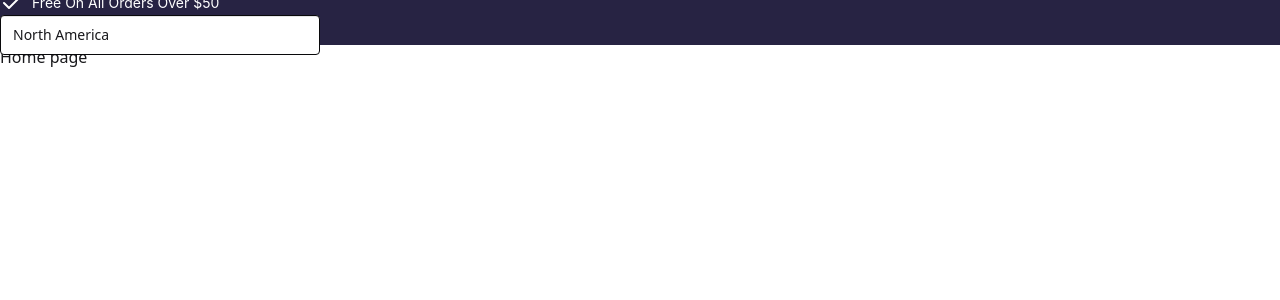
Repository: Neda0o0/store-template-website
Page: /
These files come from the project's save history. The page is drawn as it stood at one moment and after the next save; the edit follows.
The browser window is 1280 px wide. The pictures show the whole page.
The project was rebuilt for these pictures with package versions that can differ from the ones it lists, and the page was loaded fresh each time. Also part of the build but not shown: vite.config.js, src/Pages/Auth/Auth.jsx, src/Pages/Auth/Login/Login.jsx, src/Pages/Auth/Register/Register.jsx, src/Pages/Error/Error.jsx, src/AuthCheck/AuthCheck.jsx.

Above is the page before, as saved 2025-10-20 17:06:39.

### index.html
<!doctype html>
<html lang="en">
  <head>
    <meta charset="UTF-8" />
    <link rel="icon" type="image/svg+xml" href="/vite.svg" />
    <meta name="viewport" content="width=device-width, initial-scale=1.0" />
    <title>new-project</title>
  </head>
  <body>
    <div id="root"></div>
    <script type="module" src="/src/main.jsx"></script>
  </body>
</html>

### src/main.jsx
import { StrictMode } from "react";
import { createRoot } from "react-dom/client";
import MainLayout from "./MainLayout/MainLayout";
import "./index.css";

createRoot(document.getElementById("root")).render(
  <StrictMode>
    <MainLayout />
  </StrictMode>
);

### src/MainLayout/MainLayout.jsx
import { BrowserRouter, Route, Routes } from "react-router";
import Navbar from "../components/Navbar/Navbar";
import Home from "../Pages/Home/Home";
import Auth from "../Pages/Auth/Auth";
import Login from "../Pages/Auth/Login/Login";
import Register from "../Pages/Auth/Register/Register";
import Error from "../Pages/Error/Error";
import AuthCheck from "../AuthCheck/AuthCheck";

const MainLayout = () => {
  return (
    <BrowserRouter>
      {/* Navbar */}
      <Navbar />
      <Routes>
        <Route
          path="/"
          element={
            <AuthCheck>
              <Home />
            </AuthCheck>
          }
        />
        <Route path="auth" element={<Auth />}>
          <Route path="login" element={<Login />} />
          <Route path="register" element={<Register />} />
        </Route>
        {/* not found routes */}
        <Route path="*" element={<Error />} />
      </Routes>
    </BrowserRouter>
  );
};
export default MainLayout;

### src/index.css
@import "tailwindcss";
@plugin "daisyui";

/* google font inter */
@import url("https://fonts.googleapis.com/css2?family=Inter:ital,opsz,wght@0,14..32,100..900;1,14..32,100..900&display=swap");

@theme {
  --font-inter: "Inter", sans-serif;
}

### src/components/Navbar/Navbar.jsx
import { Armchair, Check } from "lucide-react";
import { Link } from "lucide-react";

const Navbar = () => {
  return (
    <div>
      <div className="navbar_top flex items-center justify-center bg-[#272343] w-full h-[45px]">
        <div className="lg:container">
          <p className="flex items-center gap-2 text-sm font-inter font-normal text-white capitalize">
            <Check />
            Free on all orders over $50
          </p>
          <div className="navbar_top_right">
            <select
              defaultValue="Server location"
              className="select select-neutral bg-none"
            >
              <option disabled={true}>eng</option>
              <option>North America</option>
              <option>EU west</option>
              <option>South East Asia</option>
            </select>
          </div>
        </div>
      </div>
    </div>
  );
};
export default Navbar;

### src/Pages/Home/Home.jsx
const Home = () => {
  return <div>Home page</div>;
};
export default Home;

After the next save:
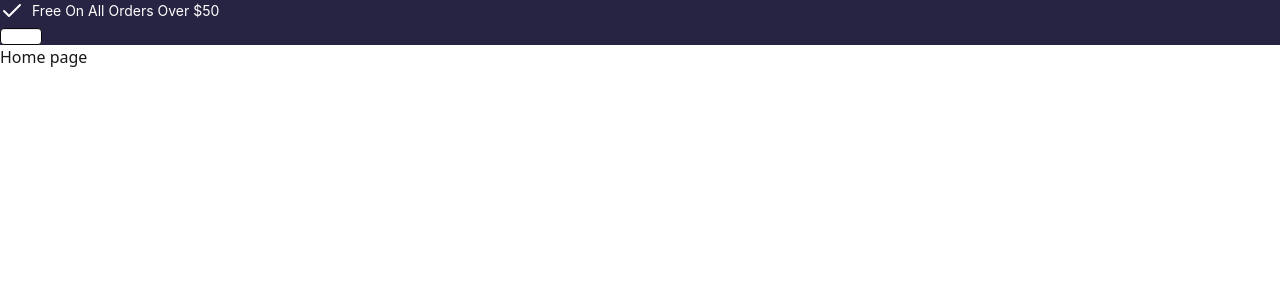
Saved 57 s later.
--- a/src/components/Navbar/Navbar.jsx
+++ b/src/components/Navbar/Navbar.jsx
@@ -13,7 +13,7 @@ const Navbar = () => {
           <div className="navbar_top_right">
             <select
               defaultValue="Server location"
-              className="select select-neutral bg-none"
+              className="select select-neutral bg-none h-[17px] w-[37px]"
             >
               <option disabled={true}>eng</option>
               <option>North America</option>
